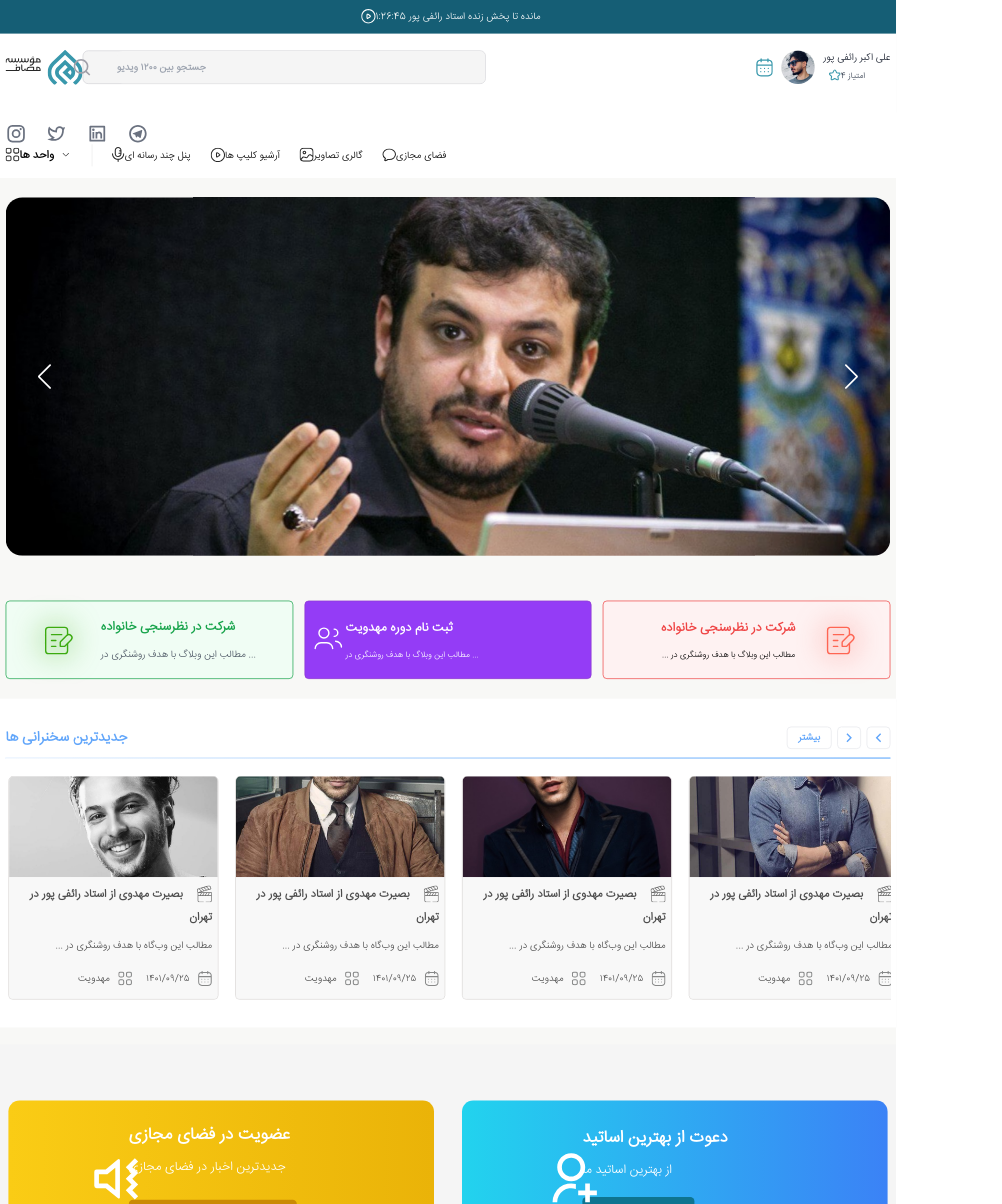
Repository: homan-tehrani/uiUserNative
Page: /
An editor plug-in stored every save of this project. The page is shown before and after the next save, followed by the edit.
The browser window is 1280 px wide. The page is 1432 px wide, so the pictures cover 1432 px, including what lies to the right of the window. The pictures show the part of the page from y = 0 to 1720 px (the page is 5164 px tall before and 5070 px after), at 70% of full size.
The page's requests for data from a server got no answer. The project was rebuilt for these pictures with package versions that can differ from the ones it lists, and the page was loaded fresh each time. The framework's server and built-in components were replaced by stand-ins that run in the browser. No one was signed in, and anything a server would have sent is missing. Also part of the build but not shown: next.config.js, src/components/MenuForUnits.js, src/components/AccordionForUnits.js, src/components/MenuResponsive.js.

Above is the page before, as saved 2023-04-25 02:26:45.

After the next save:
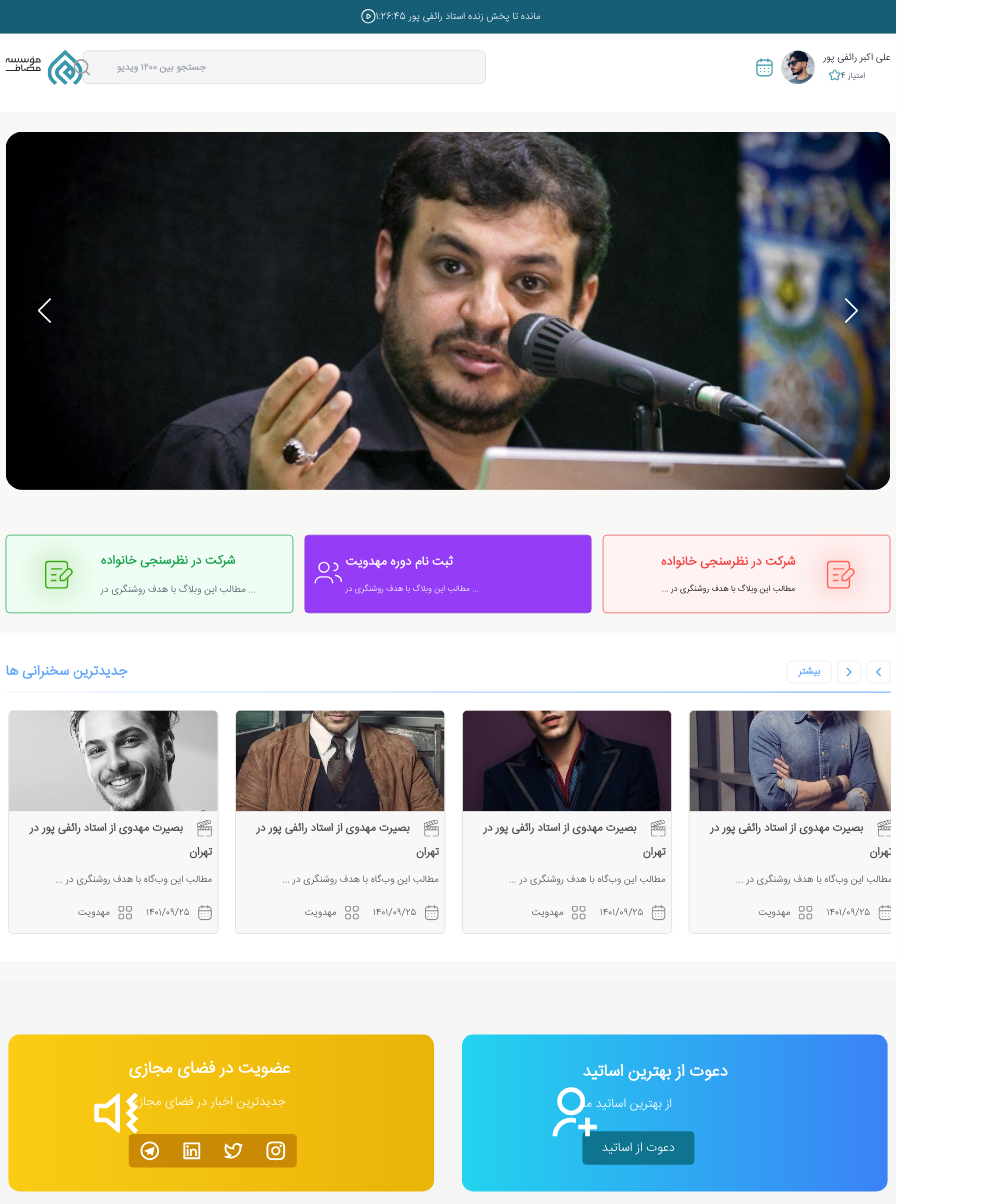
Saved 36 s later.
--- a/src/components/NavBar.js
+++ b/src/components/NavBar.js
@@ -9,8 +9,8 @@ export default function Navbar() {
   return (
     <>
 
-      <div className="hidden lg:flex px-2 mx-auto  flex-row-reverse justify-between items center py-4 sticky top-0 bg-white w-full z-50">
-        <div className='container'>
+      <div className="hidden py-4 sticky top-0 bg-white w-full z-50">
+        <div className="container lg:flex px-2 mx-auto  flex-row-reverse justify-between items-center">
         <ul className="flex gap-7">
           <li>
             <Link href="#" className="text-gray-500">
